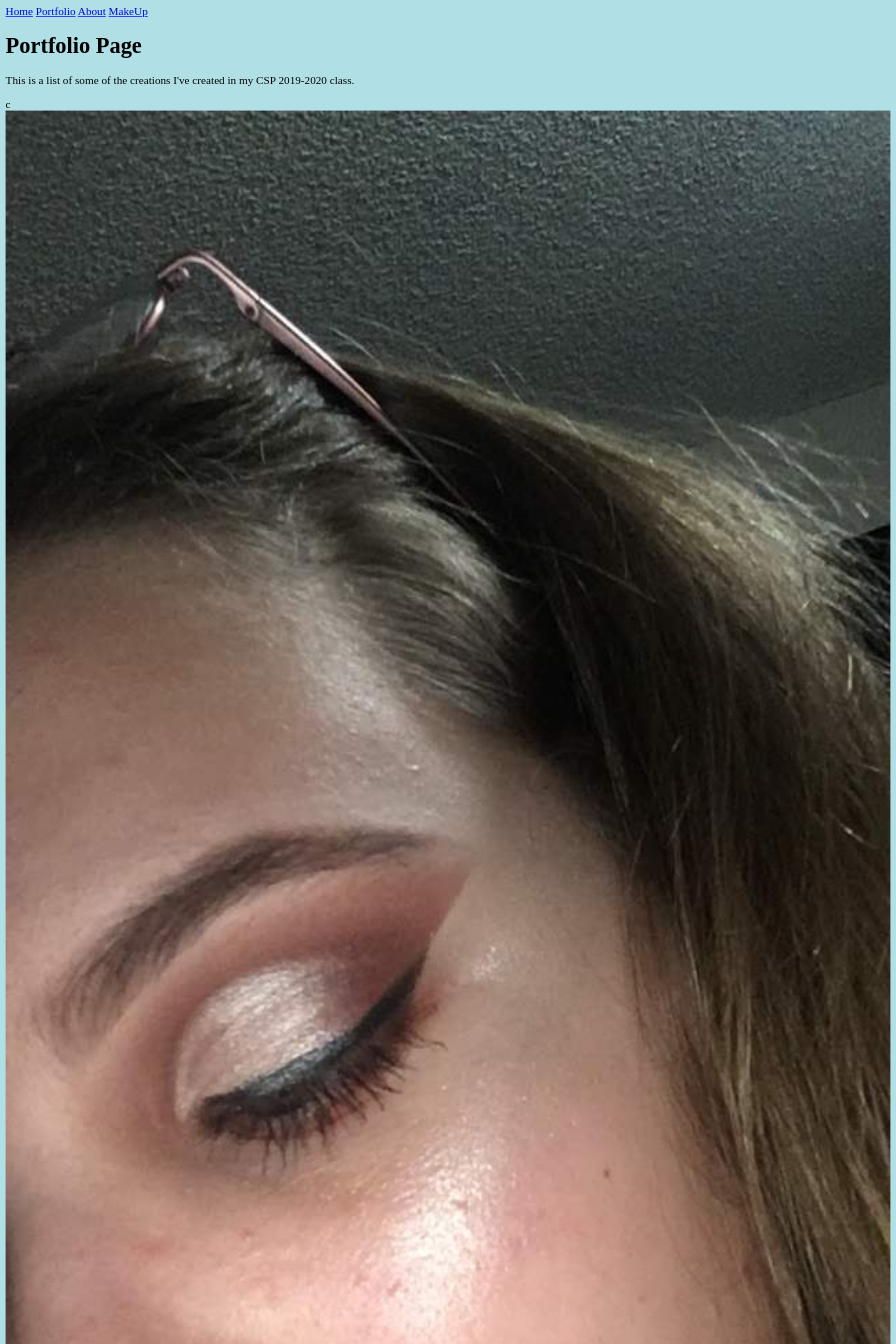
Repository: EMcmurray1862/emcmurray1862.github.io
Page: my_website/portfolio.html
The author's editor kept a record of every edit. The page is drawn from the files as they stood at one moment, then again after the next edit.
The browser window is 1280 px wide. The pictures show the part of the page from y = 0 to 1920 px (the page is 8287 px tall before and 6977 px after), at 70% of full size.

Above is the page before.

After the next edit:
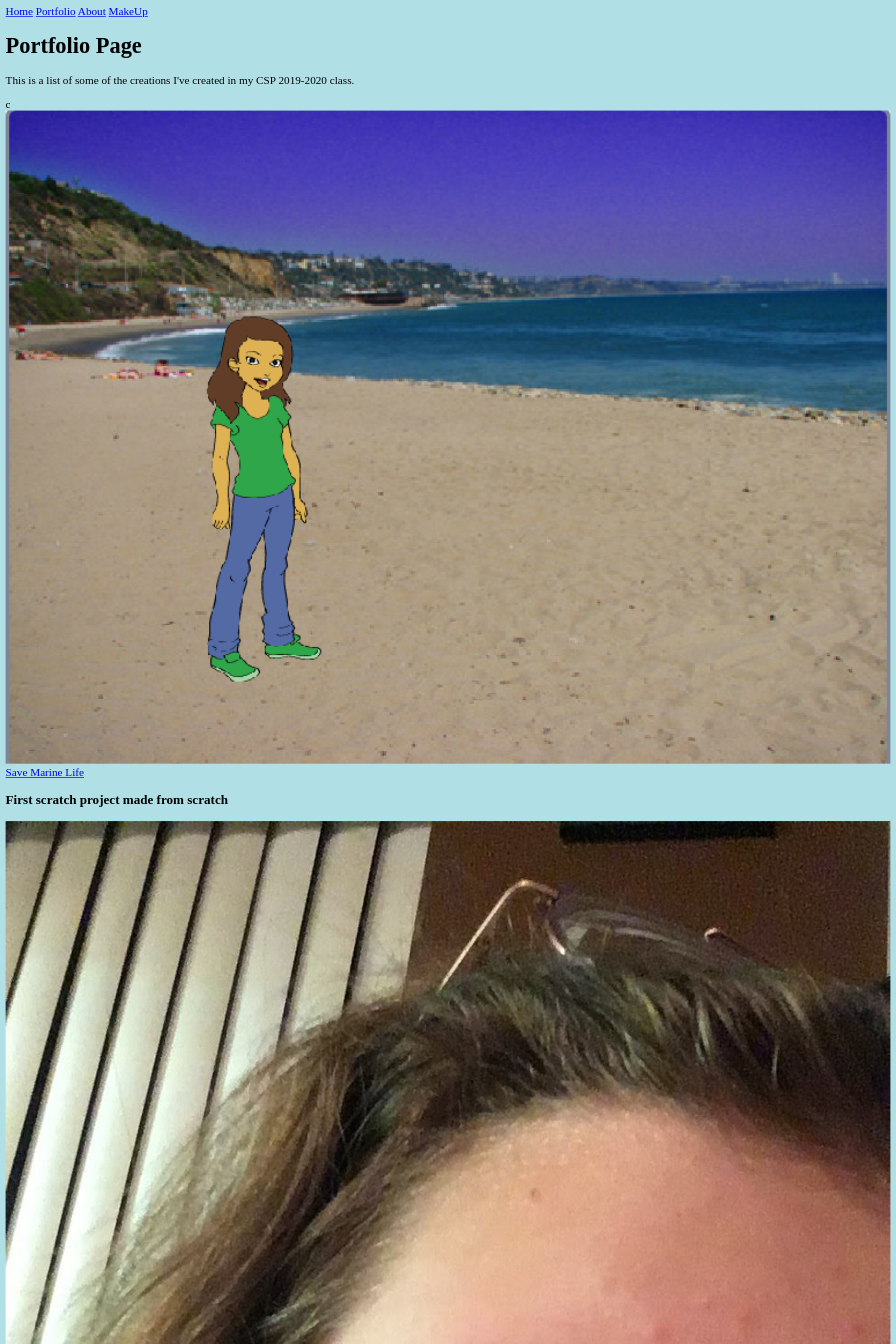
The edit:
--- a/my_website/portfolio.html
+++ b/my_website/portfolio.html
@@ -19,7 +19,7 @@
 <div class="row">
   <div class="column">
     <div class="content">
-    <img src="images/brown_cutcrease.jpg" style="width:100%" "length:200%">
+    <img src="images/scratch.PNG" style="width:100%" "length:200%">
       <a href="https://scratch.mit.edu/projects/326744008/">Save Marine Life</a>
       <h3>First scratch project made from scratch </h3>
     </div>
